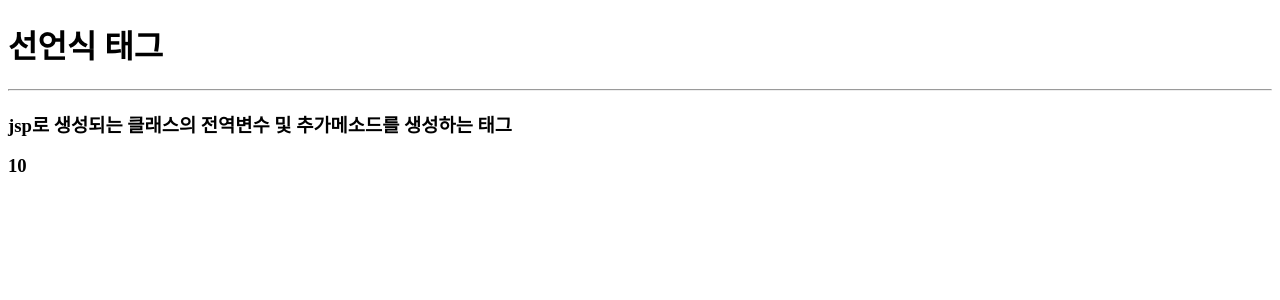
Repository: ParkHyeonju12/servlet
Page: http://localhost/04_jspProject/jsp/declrationTag.jsp
The author's editor kept a copy of each file at every save. The page is drawn from the files as they stood at one save, then again after the next save.
The browser window is 1280 px wide. The pictures show the whole page.
The page is served by Tomcat 9.

Above is the page before, as saved 2022-08-30 06:53:21.

After the next save:
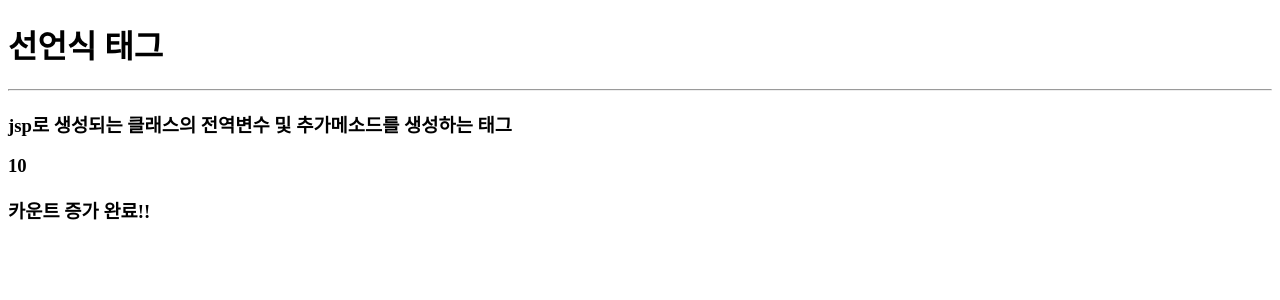
Saved 29 s later.
--- a/web-workspace/04_jspProject/src/main/webapp/jsp/declrationTag.jsp
+++ b/web-workspace/04_jspProject/src/main/webapp/jsp/declrationTag.jsp
@@ -18,5 +18,6 @@
 		}
 	%>
 	<h3><%=count %></h3>
+	<h3><%=addCount() %></h3>
 </body>
 </html>
